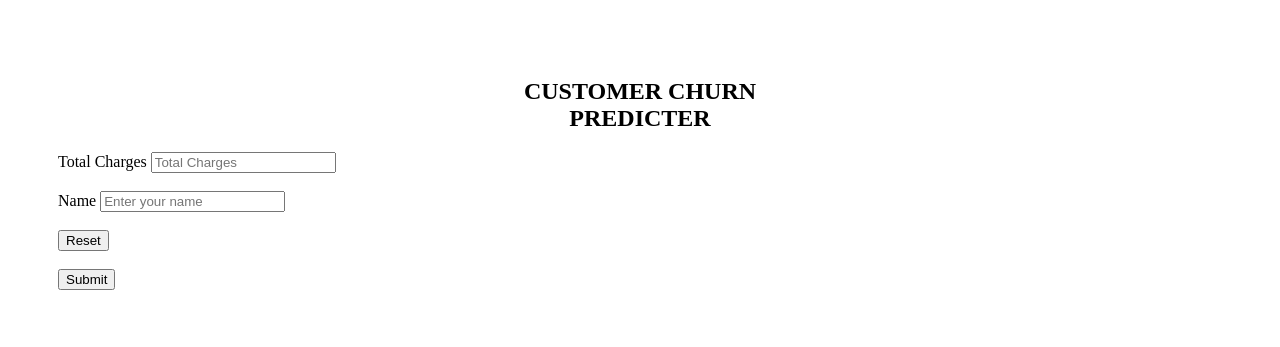
Repository: Cedrqmwesigwa/customer-churn-Bank
Page: index.html
These files come from the project's save history. The page is drawn as it stood at one moment and after the next save; the edit follows.
The browser window is 1280 px wide. The pictures show the whole page.

Above is the page before, as saved 2024-05-21 03:34:39.

### index.html
<!DOCTYPE html>
<html>
    <head>
        <meta charset= 'UTF-8' >
        <title>ML API</title>

    </head>

    <body>
        <style>
            body{
	        padding: 50px;
            padding-top: 20;
}
            input [ type="text" ] {
                padding: 10%;
                border: 1px;
                border-radius: 4px;
            }
            /* label{
                /* font-weight:bold; */
            /* } */

        </style>
        <section>
            <div class="login">
                <!-- <div style="center"></div> -->
                <h1 style="text-align: center;"> CUSTOMER CHURN <br> PREDICTER</h1>
        </section>

            <section>
                <form action=" {{url for (predict)}}" method="POST">
                    <div>
                        <label for="Total Charges"> Total Charges  </label>
                        <input type="number" name="Total Charges" id="name" placeholder="Total Charges" required="required" />
                    </div>

                    <br>

                    <div>
                        <label for="name"> Name </label>
                        <input type="text" name="name" id="name" placeholder="Enter your name" required="required" />
                    </div>

                    <br>

                    <div>
                        <input type="reset">
                    </div>

                    <br>

                    <div>

                    </div>

                    <div>
                        <input type="submit">
                    </div>








                </form>
            </section>


        </div>
    </body>
</html>

After the next save:
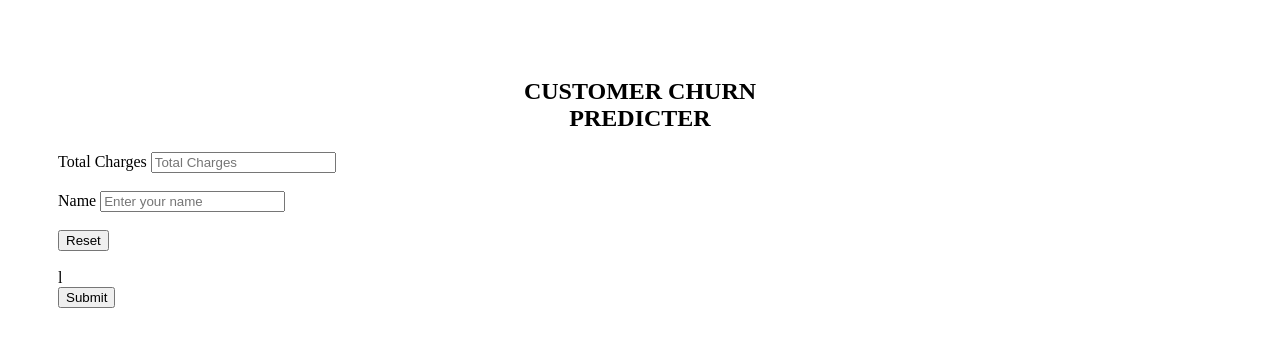
Saved 11 s later.
--- a/index.html
+++ b/index.html
@@ -51,7 +51,7 @@
                     <br>
 
                     <div>
-
+                        l
                     </div>
 
                     <div>
